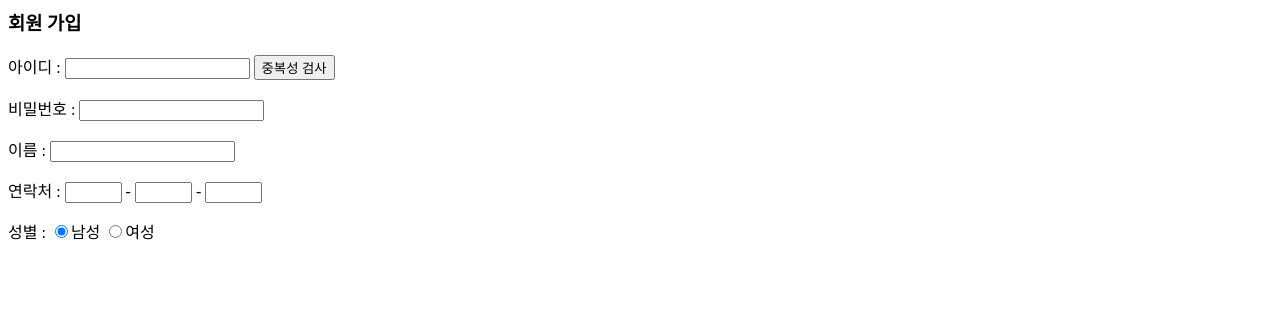
Repository: peanutBana/jsp_project
Page: http://localhost/JSPBook/ch06/form03.jsp
An editor plug-in stored every save of this project. The page is shown before and after the next save, followed by the edit.
The browser window is 1280 px wide. The pictures show the whole page.
The page is served by Tomcat 9. Other server files are loaded and not shown.

Above is the page before, as saved 2022-10-05 00:52:28.

### JSPBook/src/main/webapp/ch06/form03.jsp
<%@ page language="java" contentType="text/html; charset=UTF-8"%>
<html>
<head>
<title>Form Processing</title>
</head>
<body>
	<h3>회원 가입</h3>
	<form action="#" name="member" method="post">
		<p>아이디 : <input type="text" name="id"> <input type="button" value="중복성 검사">
		<p>비밀번호 : <input type="password" name="passwd">
		<p>이름 : <input type="text" name="name">
		<p>연락처 : <input type="text" maxlength="4" size="4" name="phone1"> -
				  <input type="text" maxlength="4" size="4" name="phone2"> -
				  <input type="text" maxlength="4" size="4" name="phone3">
		<p>성별 : <input type="radio" name="sex" value="남성" checked>남성
				 <input type="radio" name="sex" value="여성">여성
	</form
</body>
</html>

After the next save:
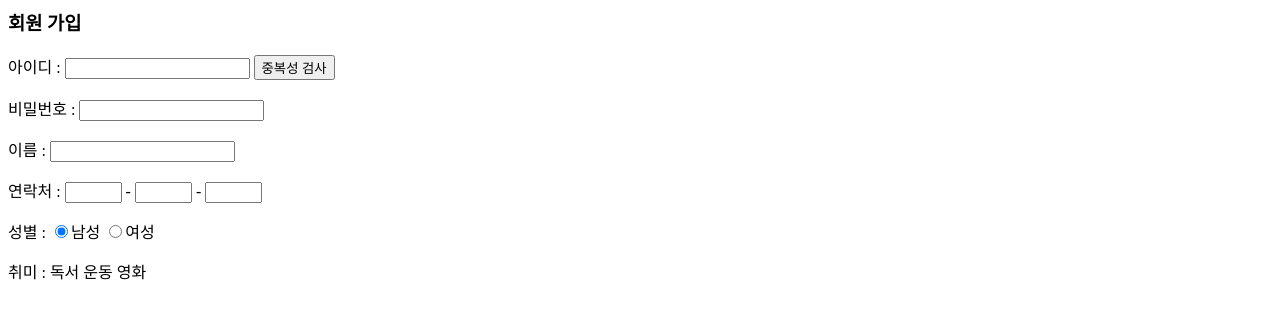
Saved 85 s later.
--- a/JSPBook/src/main/webapp/ch06/form03.jsp
+++ b/JSPBook/src/main/webapp/ch06/form03.jsp
@@ -14,6 +14,11 @@
 				  <input type="text" maxlength="4" size="4" name="phone3">
 		<p>성별 : <input type="radio" name="sex" value="남성" checked>남성
 				 <input type="radio" name="sex" value="여성">여성
-	</form
+		<p>취미 : 독서<ipnut type="checkbox" name="hobby1" checked>
+				 운동<ipnut type="checkbox" name="hobby2">
+				 영화<ipnut type="checkbox" name="hobby3">
+
+	</form>
+
 </body>
 </html>
